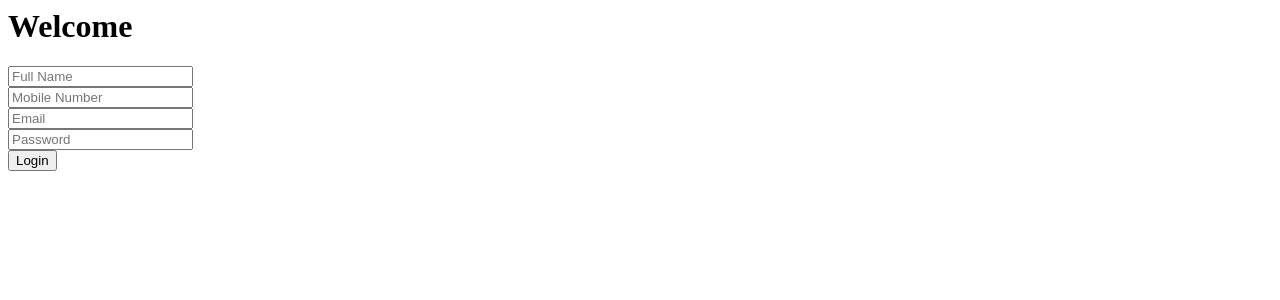
Repository: varshaumeshhs55/ServletProject
Page: LoginRegistrationApp/WebContent/index.html
These files come from the project's save history. The page is drawn as it stood at one moment and after the next save; the edit follows.
The browser window is 1280 px wide. The pictures show the whole page.

Above is the page before, as saved 2019-01-22 09:14:23.

### LoginRegistrationApp/WebContent/index.html
<html>
<head>
<h1>Welcome</h1>
</head>
<body>
	<form action="login" method="post">
		<input type="text" name="name"   placeholder="Full Name"> <br>
		<input type="text" name="number" placeholder="Mobile Number"> <br>
		 <input type="text" name="email" placeholder="Email"><br>
		 <input type="password" name="password" placeholder="Password"><br>
		 <input type="submit" value="Login"><br>
	</form>
</body>
</html>

After the next save:
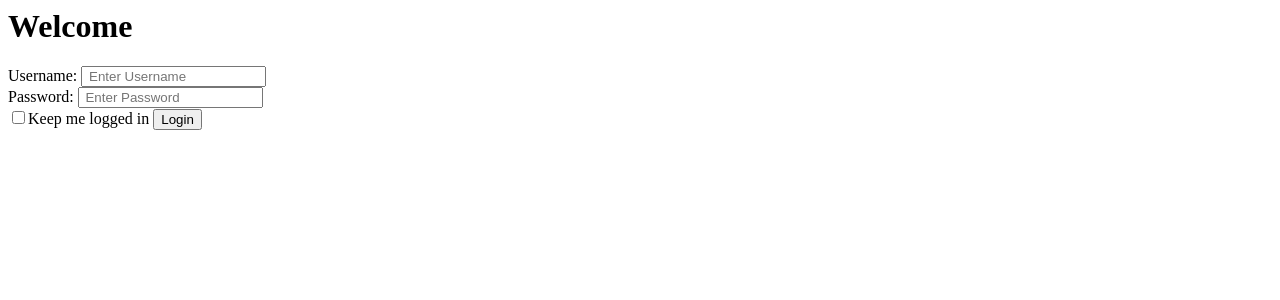
Saved 24 min 4 s later.
--- a/LoginRegistrationApp/WebContent/index.html
+++ b/LoginRegistrationApp/WebContent/index.html
@@ -4,10 +4,11 @@
 </head>
 <body>
 	<form action="login" method="post">
-		<input type="text" name="name"   placeholder="Full Name"> <br>
-		<input type="text" name="number" placeholder="Mobile Number"> <br>
-		 <input type="text" name="email" placeholder="Email"><br>
-		 <input type="password" name="password" placeholder="Password"><br>
+	<label for="username">Username:</label>
+		 <input type="text" name="username" placeholder=" Enter Username"><br>
+		 <label for="password">Password:</label>
+		 <input type="password" name="password" placeholder=" Enter Password"><br>
+		 <input type="checkbox"><label for="checkbox">Keep me logged in</label>
 		 <input type="submit" value="Login"><br>
 	</form>
 </body>
